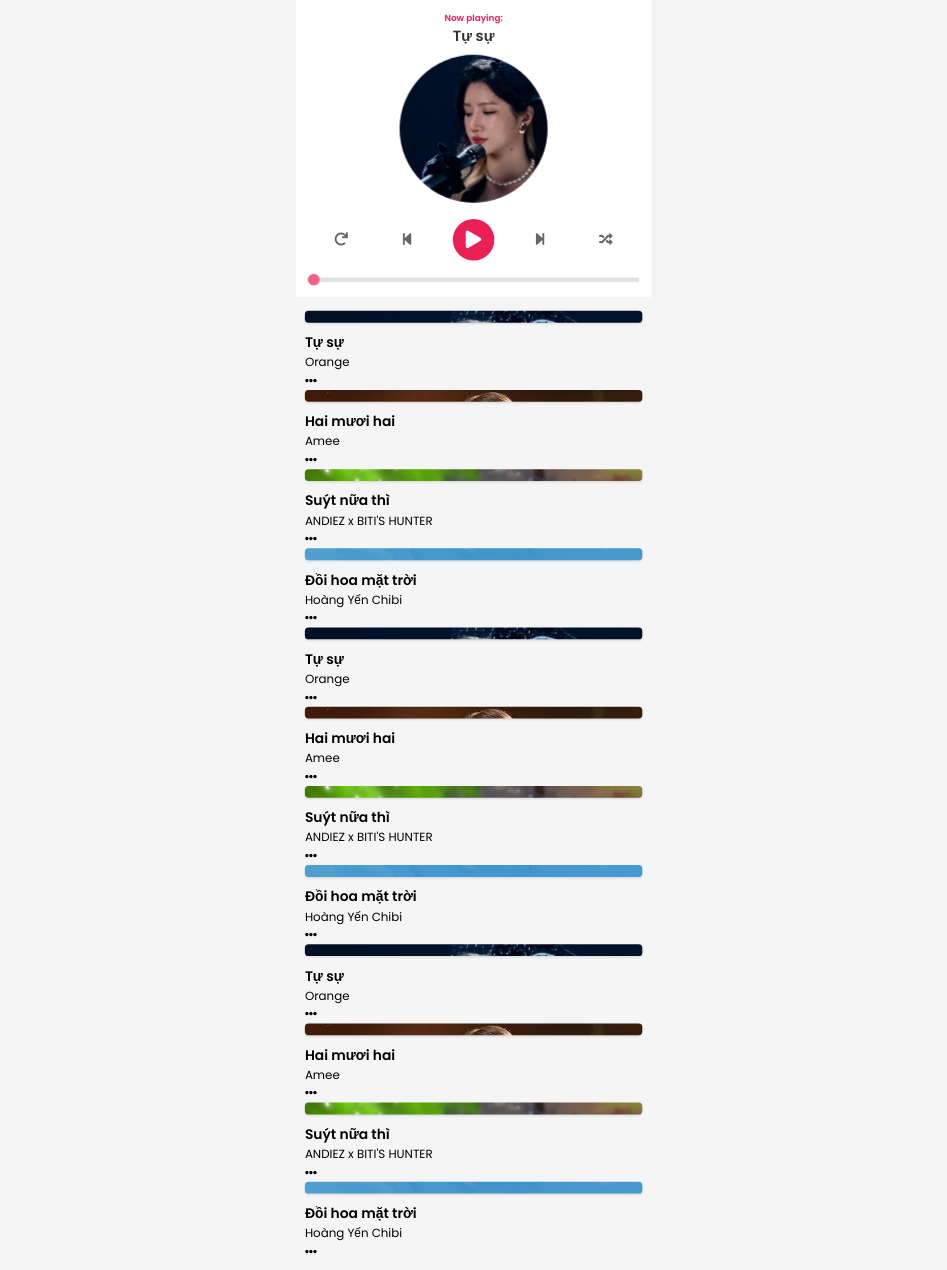
Repository: tannv3201/learn_JS_F8
Page: Example/Music player/index.html
The author's editor kept a copy of each file at every save. The page is drawn from the files as they stood at one save, then again after the next save.
The browser window is 1280 px wide. The pictures show the whole page, at 74% of full size.
Pictures or frames that could not be fetched are drawn as grey boxes.

Above is the page before, as saved 2022-08-17 15:05:42.

### Example/Music player/index.html
<!DOCTYPE html>
<html lang="en">

<head>
    <meta charset="UTF-8">
    <meta http-equiv="X-UA-Compatible" content="IE=edge">
    <meta name="viewport" content="width=device-width, initial-scale=1.0">
    <title>Music player</title>
    <link rel="stylesheet" href="https://cdnjs.cloudflare.com/ajax/libs/font-awesome/5.15.2/css/all.min.css"
        integrity="sha512-HK5fgLBL+xu6dm/Ii3z4xhlSUyZgTT9tuc/hSrtw6uzJOvgRr2a9jyxxT1ely+B+xFAmJKVSTbpM/CuL7qxO8w=="
        crossorigin="anonymous" />
    <link rel="preconnect" href="https://fonts.gstatic.com">
    <link href="https://fonts.googleapis.com/css2?family=Poppins:wght@300;400;600&display=swap" rel="stylesheet">
    <link rel="stylesheet" href="./style.css">
</head>

<body>

    <div class="player">
        <!-- Dashboard -->
        <div class="dashboard">
            <!-- Header -->
            <header>
                <h4>Now playing:</h4>
                <h2>Tự sự</h2>
            </header>

            <!-- CD -->
            <div class="cd">
                <div class="cd-thumb" style="background-image: url('./assets/imgs/tusu.jpg')">
                </div>
            </div>

            <!-- Control -->
            <div class="control">
                <div class="btn btn-repeat">
                    <i class="fas fa-redo"></i>
                </div>
                <div class="btn btn-prev">
                    <i class="fas fa-step-backward"></i>
                </div>
                <div class="btn btn-toggle-play">
                    <i class="fas fa-pause icon-pause"></i>
                    <i class="fas fa-play icon-play"></i>
                </div>
                <div class="btn btn-next">
                    <i class="fas fa-step-forward"></i>
                </div>
                <div class="btn btn-random">
                    <i class="fas fa-random"></i>
                </div>
            </div>

            <input id="progress" class="progress" type="range" value="0" step="1" min="0" max="100">

            <audio id="audio" src=""></audio>
        </div>

        <!-- Playlist -->
        <div class="playlist">
            <div class="song">
                <div class="thumb" style="background-image: url('./assets/imgs/tusu.jpg')">
                </div>
                <div class="body">
                    <h3 class="title">Tự sự</h3>
                    <p class="author">Orange</p>
                </div>
                <div class="option">
                    <i class="fas fa-ellipsis-h"></i>
                </div>
            </div>
            <div class="song">
                <div class="thumb" style="background-image: url('./assets/imgs/haimuoihai.jpg')">
                </div>
                <div class="body">
                    <h3 class="title">Hai mươi hai</h3>
                    <p class="author">Amee</p>
                </div>
                <div class="option">
                    <i class="fas fa-ellipsis-h"></i>
                </div>
            </div>
            <div id="song" class="song">
                <div class="thumb"
                    style="background-image: url('https://i.ytimg.com/vi/jTLhQf5KJSc/maxresdefault.jpg')">
                </div>
                <div class="body">
                    <h3 class="title">Music name</h3>
                    <p class="author">Singer</p>
                </div>
                <div class="option">
                    <i class="fas fa-ellipsis-h"></i>
                </div>
            </div>
        </div>
    </div>

    <!-- Design from: https://static.collectui.com/shots/3671744/musicloud-revolutionary-app-for-music-streaming-large -->
    <script src="./main.js"></script>
</body>

</html>

### Example/Music player/style.css
:root {
    --primary-color: #ec1f55;
    --text-color: #333;
}

* {
    padding: 0;
    margin: 0;
    box-sizing: inherit;
}

body {
    background-color: #f5f5f5;
}

html {
    box-sizing: border-box;
    font-family: "Poppins", sans-serif;
}

.player {
    position: relative;
    max-width: 480px;
    margin: 0 auto;
}

.player .icon-pause {
    display: none;
}

.player.playing .icon-pause {
    display: inline-block;
}

.player.playing .icon-play {
    display: none;
}

.dashboard {
    padding: 16px 16px 14px;
    background-color: #fff;
    position: fixed;
    top: 0;
    width: 100%;
    max-width: 480px;
    border-bottom: 1px solid #ebebeb;
}

/* HEADER */
header {
    text-align: center;
    margin-bottom: 10px;
}

header h4 {
    color: var(--primary-color);
    font-size: 12px;
}

header h2 {
    color: var(--text-color);
    font-size: 20px;
}

/* CD */
.cd {
    display: flex;
    margin: auto;
    width: 200px;
}

.cd-thumb {
    width: 100%;
    padding-top: 100%;
    border-radius: 50%;
    background-color: #333;
    background-size: cover;
    margin: auto;
}

/* CONTROL */
.control {
    display: flex;
    align-items: center;
    justify-content: space-around;
    padding: 18px 0 8px 0;
}

.control .btn {
    color: #666;
    padding: 18px;
    font-size: 18px;
}

.control .btn.active {
    color: var(--primary-color);
}

.control .btn-toggle-play {
    width: 56px;
    height: 56px;
    border-radius: 50%;
    font-size: 24px;
    color: #fff;
    display: flex;
    align-items: center;
    justify-content: center;
    background-color: var(--primary-color);
}

.progress {
    width: 100%;
    -webkit-appearance: none;
    height: 6px;
    background: #d3d3d3;
    outline: none;
    opacity: 0.7;
    -webkit-transition: 0.2s;
    transition: opacity 0.2s;
}

.progress::-webkit-slider-thumb {
    -webkit-appearance: none;
    appearance: none;
    width: 16px;
    height: 16px;
    border-radius: 50%;
    background-color: var(--primary-color);
    cursor: pointer;
}

/* PLAYLIST */
.playlist {
    margin-top: 408px;
    padding: 12px;
}

.song {
    display: flex;
    align-items: center;
    margin-bottom: 12px;
    background-color: #fff;
    padding: 8px 16px;
    border-radius: 5px;
    box-shadow: 0 2px 3px rgba(0, 0, 0, 0.1);
}

.song.active {
    background-color: var(--primary-color);
}

.song:active {
    opacity: 0.8;
}

.song.active .option,
.song.active .author,
.song.active .title {
    color: #fff;
}

.song .thumb {
    width: 44px;
    height: 44px;
    border-radius: 50%;
    background-size: cover;
    margin: 0 8px;
}

.song .body {
    flex: 1;
    padding: 0 16px;
}

.song .title {
    font-size: 18px;
    color: var(--text-color);
}

.song .author {
    font-size: 12px;
    color: #999;
}

.song .option {
    padding: 16px 8px;
    color: #999;
    font-size: 18px;
}

### Example/Music player/main.js
/**
    1. Render song
    2. Scroll top
    3. Play / pause/ seek
    4. CD rotate
    5. Next / prev
    6. Random
    7. Next / repeat when ended
    8. Active Song
    9. Scroll active song into view
    10. Play song when click
 */
const $ = document.querySelector.bind(document);
const $$ = document.querySelectorAll.bind(document);

// Lấy ra các element
const heading = $('header h2');
const cdThumb = $('.cd-thumb');
const audio = $('#audio');
const cd = $('.cd');
const playBtn = $('.btn-toggle-play');
const player = $('.player');
const progress = $('#progress');
const nextBtn = $('.btn-next');
const prevBtn = $('.btn-prev');
const randomBtn = $('.btn-random');
const repeatBtn = $('.btn-repeat');
const playlist = $('.playlist');
const app = {
    currentIndex: 0,
    isPlaying: false,
    isRandom: false,
    isRepeat: false,
    songs: [
        {
            name: 'Tự sự',
            singer: 'Orange',
            path: './assets/music/tusu.mp3',
            image: './assets/imgs/tusu.jpg'
        },
        {
            name: 'Hai mươi hai',
            singer: 'Amee',
            path: './assets/music/haimuoihai.mp3',
            image: './assets/imgs/haimuoihai.jpg'
        },
        {
            name: 'Suýt nữa thì',
            singer: 'ANDIEZ x BITI\'S HUNTER',
            path: './assets/music/suytnuathi.mp3',
            image: './assets/imgs/suytnuathi.jpg'
        },
        {
            name: 'Đồi hoa mặt trời',
            singer: 'Hoàng Yến Chibi',
            path: './assets/music/doihoamattroi.mp3',
            image: './assets/imgs/doihoamattroi.jpg'
        },
        {
            name: 'Tự sự',
            singer: 'Orange',
            path: './assets/music/tusu.mp3',
            image: './assets/imgs/tusu.jpg'
        },
        {
            name: 'Hai mươi hai',
            singer: 'Amee',
            path: './assets/music/haimuoihai.mp3',
            image: './assets/imgs/haimuoihai.jpg'
        },
        {
            name: 'Suýt nữa thì',
            singer: 'ANDIEZ x BITI\'S HUNTER',
            path: './assets/music/suytnuathi.mp3',
            image: './assets/imgs/suytnuathi.jpg'
        },
        {
            name: 'Đồi hoa mặt trời',
            singer: 'Hoàng Yến Chibi',
            path: './assets/music/doihoamattroi.mp3',
            image: './assets/imgs/doihoamattroi.jpg'
        },
        {
            name: 'Tự sự',
            singer: 'Orange',
            path: './assets/music/tusu.mp3',
            image: './assets/imgs/tusu.jpg'
        },
        {
            name: 'Hai mươi hai',
            singer: 'Amee',
            path: './assets/music/haimuoihai.mp3',
            image: './assets/imgs/haimuoihai.jpg'
        },
        {
            name: 'Suýt nữa thì',
            singer: 'ANDIEZ x BITI\'S HUNTER',
            path: './assets/music/suytnuathi.mp3',
            image: './assets/imgs/suytnuathi.jpg'
        },
        {
            name: 'Đồi hoa mặt trời',
            singer: 'Hoàng Yến Chibi',
            path: './assets/music/doihoamattroi.mp3',
            image: './assets/imgs/doihoamattroi.jpg'
        },
    ],
    render: function () {
        const htmls = this.songs.map((song, index) => {
            return `
            <div class="song ${index === this.currentIndex ? 'active' : ''}" data-index="${index}>
                <div class="thumb" style="background-image: url('${song.image}')">
                </div>
                <div class="body">
                    <h3 class="title">${song.name}</h3>
                    <p class="author">${song.singer}</p>
                </div>
                <div class="option">
                    <i class="fas fa-ellipsis-h"></i>
                </div>
            </div>
            `
        })
        playlist.innerHTML = htmls.join('');
    },

    // Định nghĩa thuộc tính
    defineProperties: function () {
        Object.defineProperty(this, 'currentSong', {
            get: function () {
                return this.songs[this.currentIndex];
            }
        })
    },

    // Xử lý sự kiện
    handleEvents: function () {
        const _this = this; // Định nghĩa từ khóa this ở ngoài
        // Lấy ra Element "cd"
        const cdWidth = cd.offsetWidth; // Lấy width của cd.

        // Xử lý CD quay và dừng
        const cdThumbAnimate = cdThumb.animate([
            {
                transform: 'rotate(360deg)'
            }
        ], {
            duration: 10000, // 10 giây
            iterations: Infinity // Chạy vô hạn
        })
        cdThumbAnimate.pause()

        // Xử lý phóng to / thu nhỏ cd
        document.onscroll = function () {
            const scrollTop = document.documentElement.scrollTop || window.scrollY;
            const newCdWidth = cdWidth - scrollTop;
            cd.style.width = newCdWidth > 0 ? newCdWidth + 'px' : 0; // check nếu kéo nhanh quá giá trị về < 0 thì lấy = 0
            cd.style.opacity = newCdWidth / cdWidth; // mờ dần khi scroll
        }

        // Xử lý khi click play
        playBtn.onclick = function () {
            if (_this.isPlaying) {
                audio.pause();
            }
            else {
                audio.play();
            }
        };
        // Khi bài hát được play
        audio.onplay = function () {
            _this.isPlaying = true;
            player.classList.add('playing') // chuyển btn play thành btn pause
            cdThumbAnimate.play()
        };
        // Khi bài hát bị dừng
        audio.onpause = function () {
            _this.isPlaying = false;
            player.classList.remove('playing') // chuyển btn pause thành btn play
            cdThumbAnimate.pause()
        }

        // Khi tiến độ bài hát thay đổi
        audio.ontimeupdate = function () {
            if (audio.duration) {
                const progressPercent = Math.floor(audio.currentTime / audio.duration * 100);
                progress.value = progressPercent;
            }
        }

        // xử lý khi tua bài hát
        progress.onchange = function (e) {
            const seekTime = audio.duration * e.target.value / 100;
            audio.currentTime = seekTime;
        }

        // Next bài
        nextBtn.onclick = function () {
            if (_this.isRandom) {
                _this.playRandomSong()
            }
            else {
                _this.nextSong();
            }
            audio.play();
            _this.render();
            _this.scrollToActiveSong();
        }

        // Prev  bài
        prevBtn.onclick = function () {
            if (_this.isRandom) {
                _this.playRandomSong()
            }
            else {
                _this.prevSong();
            }
            audio.play();
            _this.render();
            _this.scrollToActiveSong();
        }

        // Random
        randomBtn.onclick = function () {
            _this.isRandom = !_this.isRandom
            randomBtn.classList.toggle('active', _this.isRandom);
        }

        // xử lý next khi hết bài
        audio.onended = function () {
            if (!_this.isRepeat) {
                nextBtn.click();
            }
            else {
                audio.play()
            }
        }

        // Xử lý repeat bài hát hiện tại
        repeatBtn.onclick = function () {
            _this.isRepeat = !_this.isRepeat;
            repeatBtn.classList.toggle('active', _this.isRepeat);
        }

        // Xử lý click bài hát ở playlist
        playlist.onclick = function (e) {
            if (e.target.closest('.song:not(.active)') || e.target.closest('.option')) {
                // Xử lý khi click vào song
                if (e.target.closest('.song:not(.active)')) {

                }
            }
        }
    },

    loadCurrentSong: function () {
        // Gán giá trị bài hát hiện tại
        heading.textContent = this.currentSong.name;
        cdThumb.style.backgroundImage = `url('./${this.currentSong.image}')`;
        audio.src = this.currentSong.path;
    },
    scrollToActiveSong: function () {
        setTimeout(() => {
            $('.song.active').scrollIntoView({
                behavior: 'smooth',
                block: 'end',
            });
        }, 300);
    },

    // Next
    nextSong: function () {
        this.currentIndex++;
        if (this.currentIndex >= this.songs.length) {
            this.currentIndex = 0;
        }
        this.loadCurrentSong();
    },
    // Previous
    prevSong: function () {
        this.currentIndex--;
        if (this.currentIndex < 0) {
            this.currentIndex = this.songs.length - 1;
        }
        this.loadCurrentSong();
    },

    // Random
    playRandomSong: function () {
        let newIndex
        do {
            newIndex = Math.floor(Math.random() * this.songs.length);
        } while (newIndex === this.currentIndex)
        this.currentIndex = newIndex;
        this.loadCurrentSong();
    },

    // Phương thức start() để bắt đầu
    start: function () {
        // Định nghĩa ra các thuộc tính cho object
        this.defineProperties();

        // Lắng nghe, xử lý các sự kiện (DOM event)
        this.handleEvents();

        // Tải thông tin bài hát đầu tiền vào UI khi chạy ứng dụng
        this.loadCurrentSong();



        // Render playlist
        this.render();
    }
}

app.start();

After the next save:
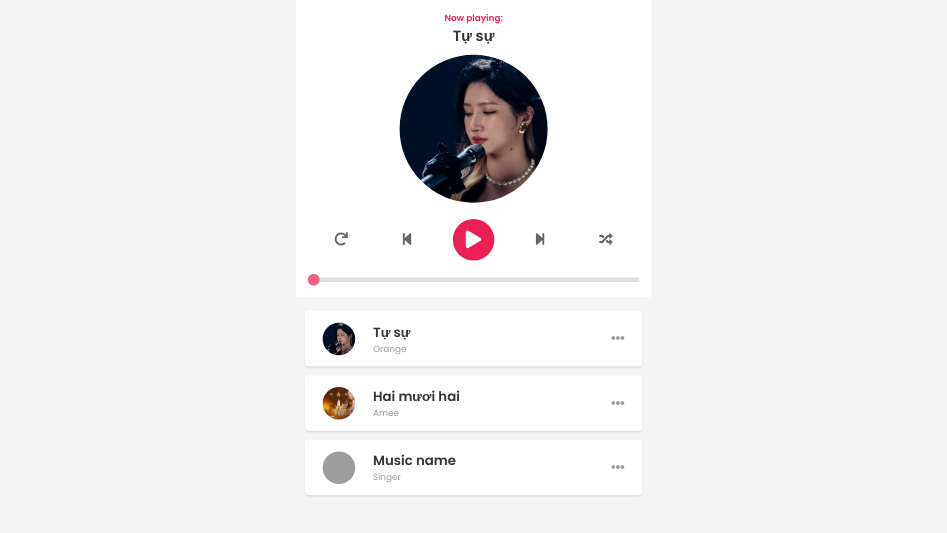
Console error: SyntaxError: Unexpected token '}'
Saved 27 s later.
--- a/Example/Music player/main.js
+++ b/Example/Music player/main.js
@@ -249,6 +249,9 @@
                 if (e.target.closest('.song:not(.active)')) {
 
                 }
+
+                // Xử lý khi click vào song option
+                if (e.target.closest('.option'))
             }
         }
     },

After the save that followed:
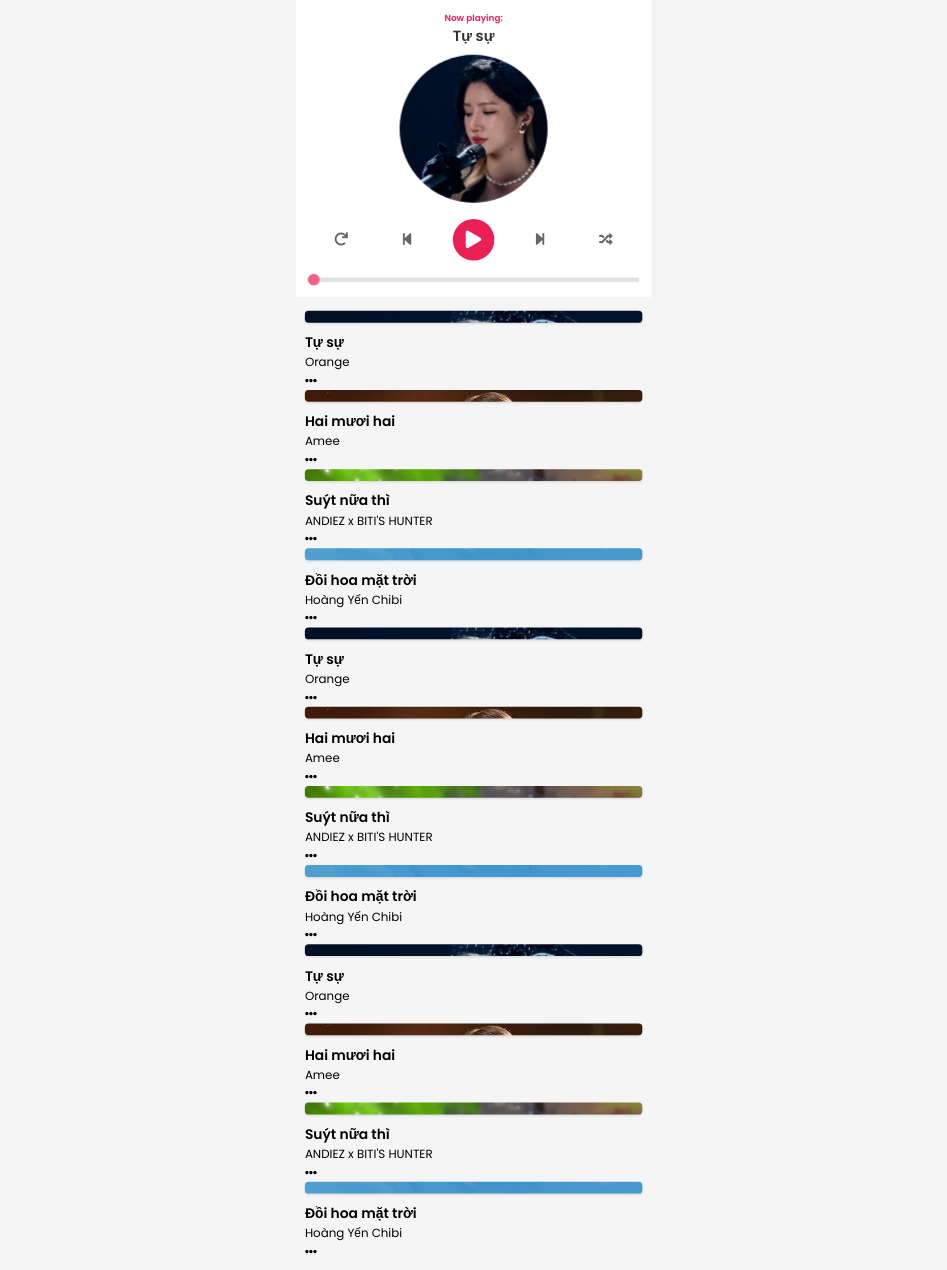
The error is gone.
Saved 89 s later.
--- a/Example/Music player/main.js
+++ b/Example/Music player/main.js
@@ -244,14 +244,18 @@
 
         // Xử lý click bài hát ở playlist
         playlist.onclick = function (e) {
-            if (e.target.closest('.song:not(.active)') || e.target.closest('.option')) {
+            const songNode = e.target.closest('.song:not(.active)');
+
+            if (songNode || e.target.closest('.option')) {
                 // Xử lý khi click vào song
-                if (e.target.closest('.song:not(.active)')) {
-
+                if (songNode) {
+                    console.log(songNode.getAttribute('data-index'));
                 }
 
                 // Xử lý khi click vào song option
-                if (e.target.closest('.option'))
+                if (e.target.closest('.option')) {
+
+                }
             }
         }
     },
